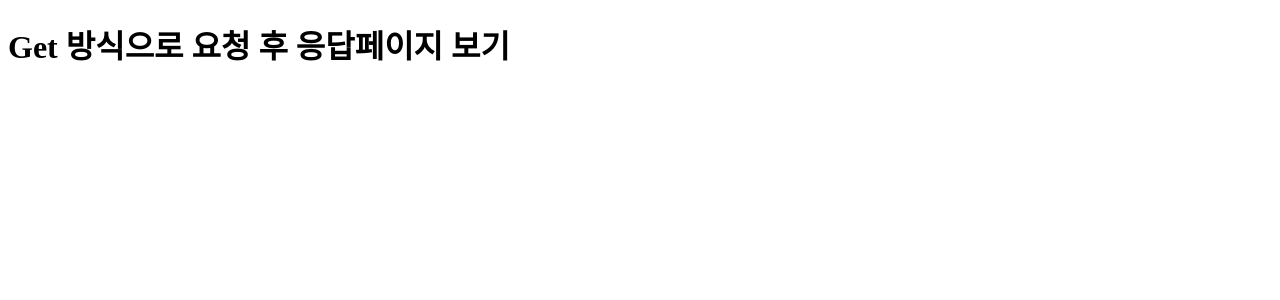
Repository: pje00427/webserver_workspace1
Page: 1_Servlet/WebContent/views/requestTest_GET.html
These files come from the project's save history. The page is drawn as it stood at one moment and after the next save; the edit follows.
The browser window is 1280 px wide. The pictures show the whole page.

Above is the page before, as saved 2020-08-27 04:52:51.

### 1_Servlet/WebContent/views/requestTest_GET.html
<!DOCTYPE html>
<html>
<head>
<meta charset="UTF-8">
<title>Insert title here</title>
</head>
<body>
	<h1>Get 방식으로 요청 후 응답페이지 보기</h1>


</body>
</html>

After the next save:
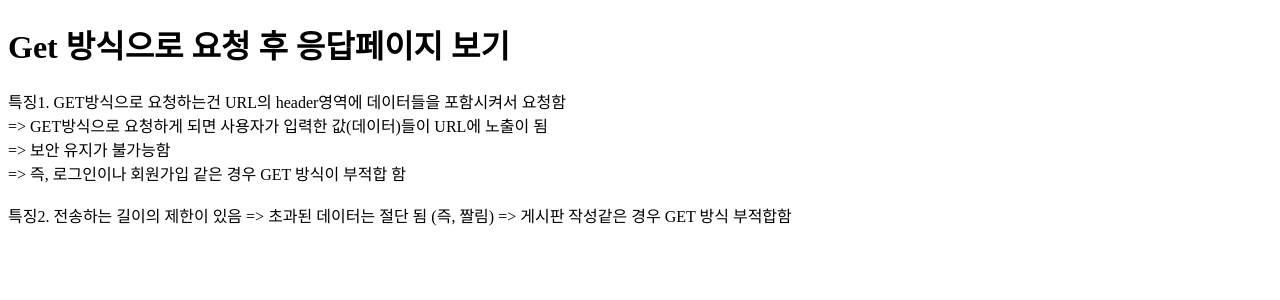
Saved 11 min 29 s later.
--- a/1_Servlet/WebContent/views/requestTest_GET.html
+++ b/1_Servlet/WebContent/views/requestTest_GET.html
@@ -7,6 +7,15 @@
 <body>
 	<h1>Get 방식으로 요청 후 응답페이지 보기</h1>
 
+	<p>
+		특징1. GET방식으로 요청하는건 URL의 header영역에 데이터들을 포함시켜서 요청함<br>
+			=> GET방식으로 요청하게 되면 사용자가 입력한 값(데이터)들이 URL에 노출이 됨 <br>
+			=> 보안 유지가 불가능함 <br>
+			=> 즉, 로그인이나 회원가입 같은 경우 GET 방식이 부적합 함 <br><br>
+
+		특징2. 전송하는 길이의 제한이 있음 => 초과된 데이터는 절단 됨 (즉, 짤림) => 게시판 작성같은 경우 GET 방식 부적합함
+
+	</p>
 
 </body>
 </html>
